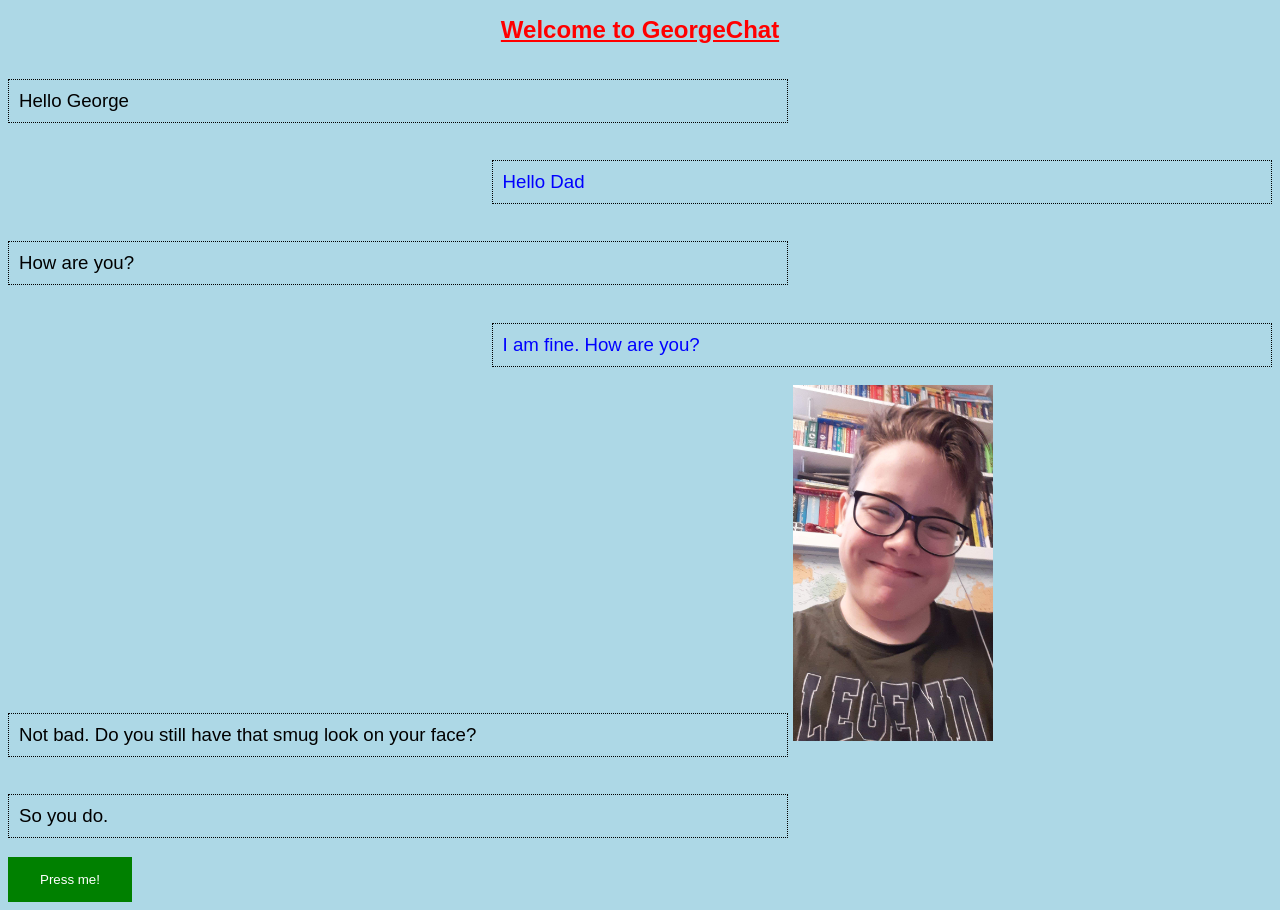
Repository: georgefyles/playground
Page: playground/src/resources/html/test.html
The author's editor kept a record of every edit. The page is drawn from the files as they stood at one moment, then again after the next edit.
The browser window is 1280 px wide. The pictures show the whole page.

Above is the page before.

### playground/src/resources/html/test.html
<!DOCTYPE html>
<html>

  <head>
	<title>Page Title</title>
	<link rel="stylesheet" href="test.css" type="text/css" />
  </head>

  <body>

    <h1 id="chat-title">Welcome to GeorgeChat</h1>

    <div id="chat-messages">

      <p class="you-talking">Hello George</p>

      <p class="me-talking">Hello Dad</p>

      <p class="you-talking">How are you?</p>

  	  <p class="me-talking">I am fine. How are you?</p>

      <p class="you-talking">Not bad. Do you still have that smug look on your face?</p>

      <img src="../images/george.jpeg" class="me-talking chat-image" />

      <p class="you-talking">So you do.</p>

    </div>

    <div id="chat-controls">
      <button>Press me!</button>
    </div>

  </body>
</html>

### playground/src/resources/html/test.css
body {
    background-color: lightblue;
    font-family: Arial, Helvetica, sans-serif;
}

#chat-title {
    font-size: 18pt;
    text-align: center;
    color: red;
    text-decoration: underline;
}

button {
    background-color: green;
    border: none;
    color: white;
    padding: 15px 32px;
    text-align: center;
    text-decoration: none;
    display: inline-block;
}

p {
    font-size: 14pt;
    border: 1px dotted black;
    padding: 10px;
    display: inline-block;
    width: 60%;
}

p.you-spoke {
    color: limegreen;
    float: left;
    clear: right;
}

p.me-talking {
    color: blue;
    float: right;
    clear: left;
}

img.chat-image {
    width: 200px;
}

After the next edit:
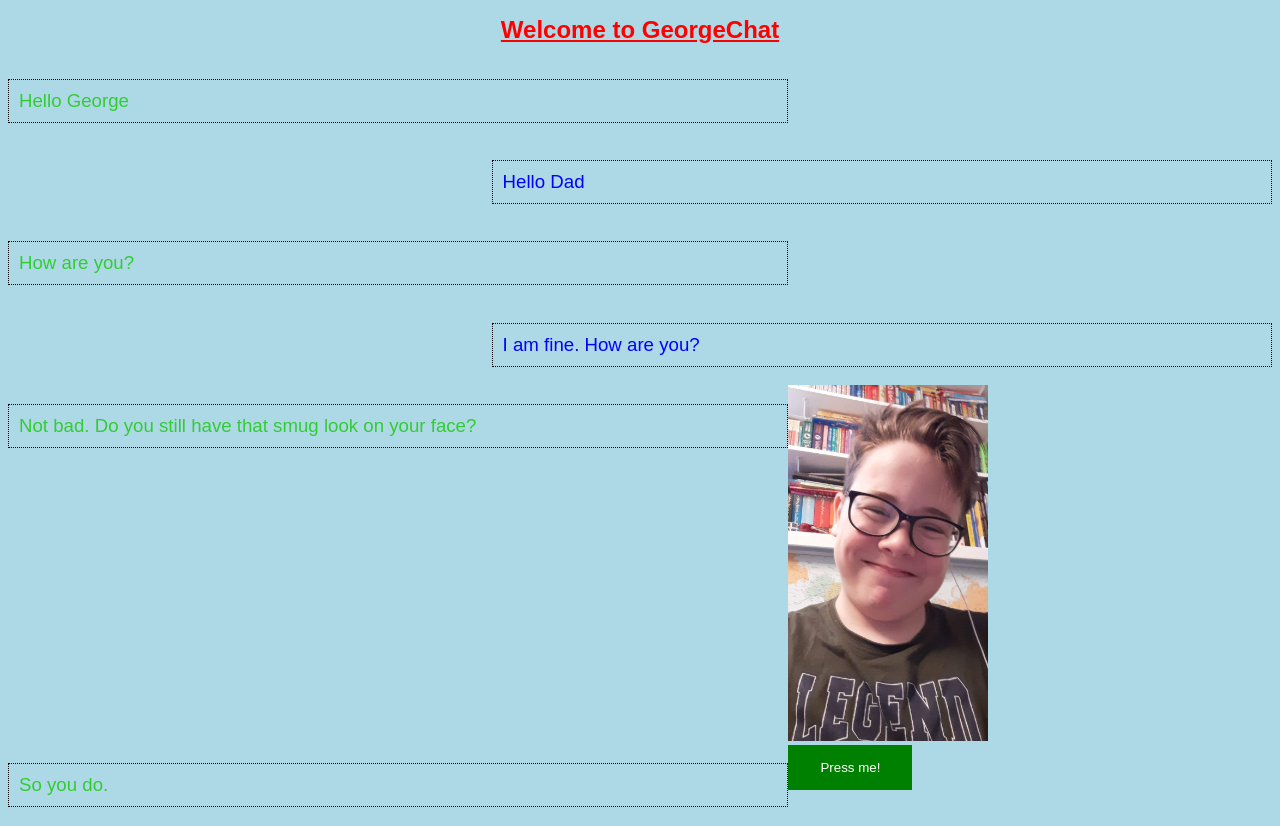
The edit:
--- a/playground/src/resources/html/test.css
+++ b/playground/src/resources/html/test.css
@@ -28,7 +28,7 @@
     width: 60%;
 }
 
-p.you-spoke {
+p.you-talking {
     color: limegreen;
     float: left;
     clear: right;
